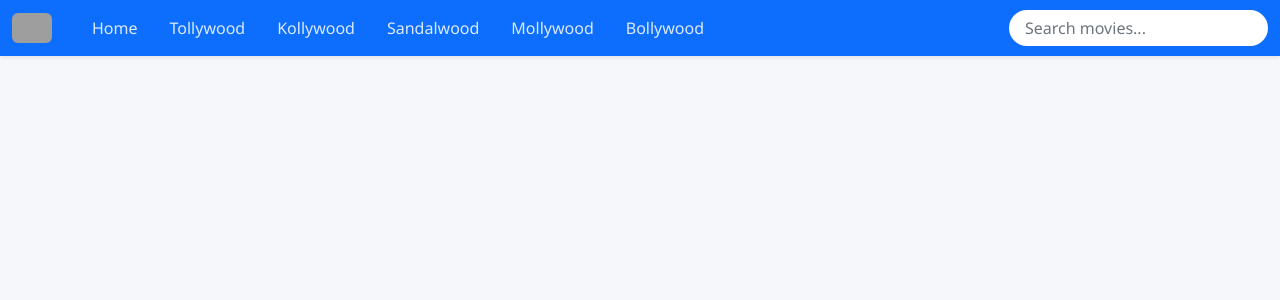
Repository: chandu7777158/Movies_spot
Page: /
The author's editor kept a copy of each file at every save. The page is drawn from the files as they stood at one save, then again after the next save.
The browser window is 1280 px wide. The pictures show the whole page.
Pictures or frames that could not be fetched are drawn as grey boxes. The project was rebuilt for these pictures with package versions that can differ from the ones it lists, and the page was loaded fresh each time. Also part of the build but not shown: vite.config.js.

Above is the page before, as saved 2026-01-23 10:09:25.

### index.html
<!doctype html>
<html lang="en">
  <head>
    <meta charset="UTF-8" />
    <link rel="icon" type="image/svg+xml" href="/vite.svg" />
    <meta name="viewport" content="width=device-width, initial-scale=1.0" />
    <title>movies_spot</title>
    <link href="https://cdn.jsdelivr.net/npm/bootstrap@5.2.3/dist/css/bootstrap.min.css" rel="stylesheet" integrity="sha384-rbsA2VBKQhggwzxH7pPCaAqO46MgnOM80zW1RWuH61DGLwZJEdK2Kadq2F9CUG65" crossorigin="anonymous">

  </head>
  <body>
    <script src="https://cdn.jsdelivr.net/npm/bootstrap@5.2.3/dist/js/bootstrap.bundle.min.js" integrity="sha384-kenU1KFdBIe4zVF0s0G1M5b4hcpxyD9F7jL+jjXkk+Q2h455rYXK/7HAuoJl+0I4" crossorigin="anonymous"></script>
    <div id="root"></div>
    <script type="module" src="/src/main.jsx"></script>
  </body>
</html>

### src/index.css
/* Global Reset and Fix for Fixed Navbar */
body {
    background: #f5f7fa;
    min-height: 100vh;
    margin: 0;
    /* This padding prevents content from hiding behind the navbar */
    padding-top: 5px;
    font-family: 'Segoe UI', sans-serif;
}

/* Custom Highlight Effect for Nav Links */
.nav-highlight {
    color: rgba(255, 255, 255, 0.85) !important;
    font-weight: 500;
    transition: all 0.3s ease;
}

.nav-highlight:hover {
    color: #ffe066 !important;
    transform: translateY(-2px);
}

/* Make search bar look modern */
.form-control:focus {
    box-shadow: 0 0 10px rgba(255, 255, 255, 0.5);
    outline: none;
}

### src/App.jsx
import React from 'react'
import Navbar from './components/Navbar'

export default function App() {
  return (
    <div>
      <Navbar/>
    </div>
  )
}

### src/components/Navbar.jsx
import React from 'react';

export default function Navbar() {
    return (
        <nav className="navbar navbar-expand-lg navbar-dark bg-primary shadow-sm fixed-top">
            <div className="container-fluid">
                {/* Brand Logo */}
                <a className="navbar-brand d-flex align-items-center" href="#">
                    <img
                        src="https://static.vecteezy.com/system/resources/previews/022/580/623/non_2x/movie-media-letter-logo-design-illustration-free-vector.jpg"
                        alt="Logo"
                        width="40"
                        height="30"
                        className="me-2 rounded"
                    />
                </a>

                {/* Mobile Toggle Button */}
                <button className="navbar-toggler" type="button" data-bs-toggle="collapse" data-bs-target="#navbarNav">
                    <span className="navbar-toggler-icon"></span>
                </button>

                {/* Collapsible Content */}
                <div className="collapse navbar-collapse" id="navbarNav">
                    <ul className="navbar-nav me-auto mb-2 mb-lg-0">
                        {['Home', 'Tollywood', 'Kollywood', 'Sandalwood', 'Mollywood', 'Bollywood'].map((item) => (
                            <li className="nav-item" key={item}>
                                <a className="nav-link nav-highlight px-3" href="#">{item}</a>
                            </li>
                        ))}
                    </ul>

                    {/* Responsive Search Bar */}
                    <form className="d-flex mt-3 mt-lg-0" role="search">
                        <div className="input-group">
                            <input
                                className="form-control rounded-pill border-0 ps-3"
                                type="search"
                                placeholder="Search movies..."
                                aria-label="Search"
                            />
                        </div>
                    </form>
                </div>
            </div>
        </nav>
    );
}

Loaded but not shown: src/main.jsx (common file)

After the next save:
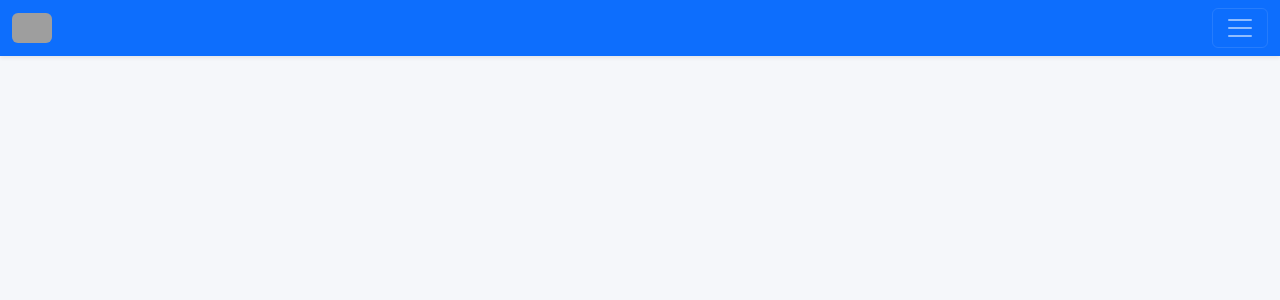
Saved 49 s later.
--- a/src/components/Navbar.jsx
+++ b/src/components/Navbar.jsx
@@ -2,7 +2,7 @@
 
 export default function Navbar() {
     return (
-        <nav className="navbar navbar-expand-lg navbar-dark bg-primary shadow-sm fixed-top">
+        <nav className="navbar navbar-expand-ms navbar-dark bg-primary shadow-sm fixed-top">
             <div className="container-fluid">
                 {/* Brand Logo */}
                 <a className="navbar-brand d-flex align-items-center" href="#">

After the save that followed:
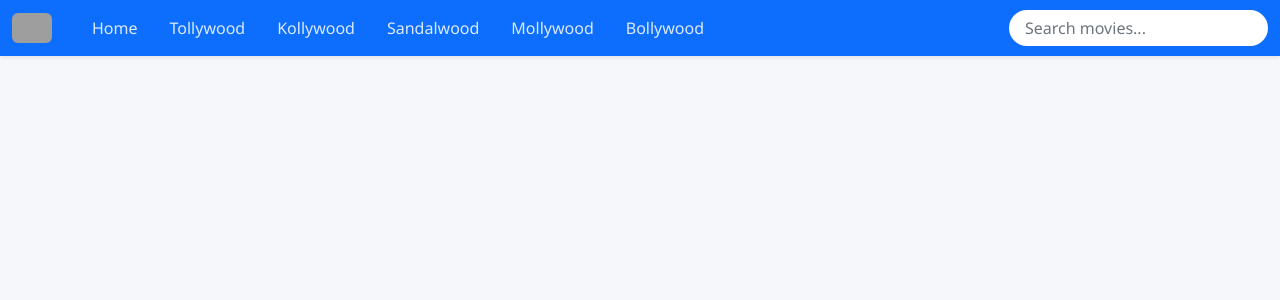
Saved 38 s later.
--- a/src/components/Navbar.jsx
+++ b/src/components/Navbar.jsx
@@ -2,7 +2,7 @@
 
 export default function Navbar() {
     return (
-        <nav className="navbar navbar-expand-ms navbar-dark bg-primary shadow-sm fixed-top">
+        <nav className="navbar navbar-expand-md navbar-dark bg-primary shadow-sm fixed-top">
             <div className="container-fluid">
                 {/* Brand Logo */}
                 <a className="navbar-brand d-flex align-items-center" href="#">
